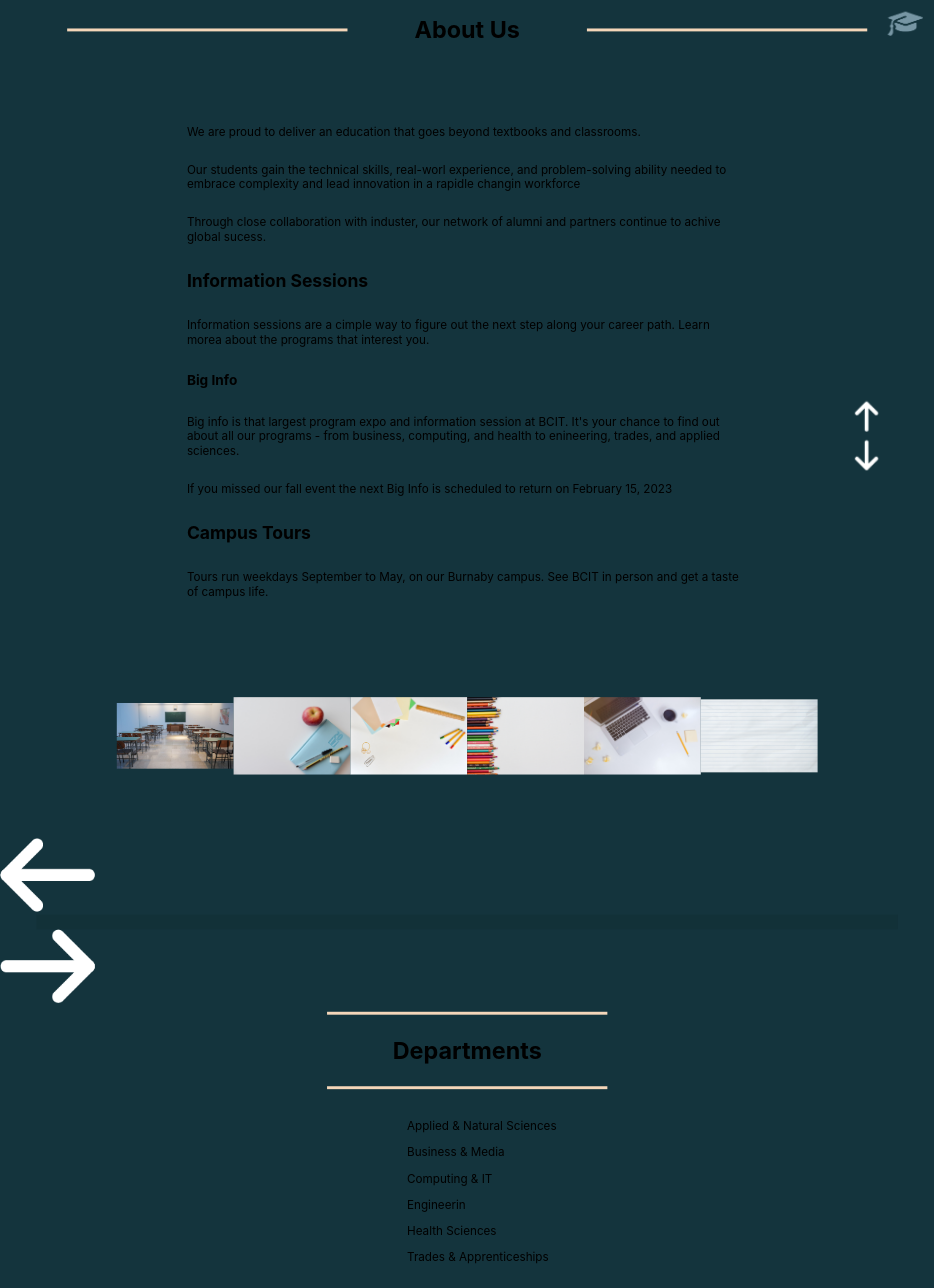
Repository: SaraShio/A01314209_Sara_Shiojima
Page: /about
These files come from the project's save history. The page is drawn as it stood at one moment and after the next save; the edit follows.
The browser window is 1280 px wide. The pictures show the whole page, at 73% of full size.
The project was rebuilt for these pictures with package versions that can differ from the ones it lists, and the page was loaded fresh each time. The framework's server and built-in components were replaced by stand-ins that run in the browser. Also part of the build but not shown: next.config.js.

Above is the page before, as saved 2023-02-08 22:35:21.

### pages/_app.js
import '../styles/globals.css'
import '../styles/variables.css'


function MyApp({ Component, pageProps }) {
  return <Component {...pageProps} />
}

export default MyApp

### pages/about.js
import Head from 'next/head'
import Image from 'next/image'
import styles from '../styles/About.module.css'
import Link from 'next/link'
import Arrow from '../components/Arrow'
import Navbar from '../components/Navbar'

export default function About() {
    return (
        <>
            <head>
                <title>About Us</title>
                <meta name="author" content="MDIA 2109" />
                <meta property="og:title" content="Assignment #1 - About Us Page" />
                <meta property="og:description" content="BCIT Digital Design and Development Diploma" />
                <link rel="icon" href='/favicon.png' />
            </head>

            <main className={styles.main}>
                <Navbar/>
                <header>
                    <div className={styles.header}>
                        <hr className={styles.line}></hr>
                        <h1>About Us</h1>
                        <hr className={styles.line}></hr>
                    </div>
                </header>
                <div className={styles.information}>
                    <div><p>We are proud to deliver an education that goes beyond textbooks and classrooms.</p></div>
                    <div><p>Our students gain the technical skills, real-worl experience, and problem-solving ability needed to embrace complexity and lead innovation in a rapidle changin workforce</p></div>
                    <div><p>Through close collaboration with induster, our network of alumni and partners continue to achive global sucess. </p></div>

                    <div><h2  >Information Sessions</h2></div>
                    <div><p>Information sessions are a cimple way to figure out the next step along your career path. Learn morea about the programs that interest you.</p></div>
                    <div><h3  >Big Info</h3></div>
                    <div><p>Big info is that largest program expo and information session at BCIT. It's  your chance to find out about all our programs - from business, computing, and health to enineering, trades, and applied sciences.</p></div>
                    <div><p  >If you missed our fall event the next Big Info is scheduled to return on February 15, 2023</p></div>
                    <div><h2  >Campus Tours</h2></div>

                    <div><p>Tours run weekdays September to May, on our Burnaby campus. See BCIT in person and get a taste of campus life.</p></div>
                </div>

                <div id="carouselImage" className={styles.carouselImage}>
                    <img className={styles.carousel} src={"carousel-images/0.jpg"} />
                    <img className={styles.carousel} src={"carousel-images/1.jpg"} />
                    <img className={styles.carousel} src={"carousel-images/2.jpg"} />
                    <img className={styles.carousel} src={"carousel-images/3.jpg"} />
                    <img className={styles.carousel} src={"carousel-images/4.jpg"} />
                    <img className={styles.carousel} src={"carousel-images/5.jpg"} />
                </div>

                <div>
                    <img src={'icons/leftArrow.png'} />
                    <div id="testOnImageHere" className={styles.testOnImageHere}></div>
                    <img src={'icons/rightArrow.png'} />
                </div>


                <div className={styles.departments}>
                        <hr className={styles.line}></hr>
                        <h1>Departments</h1>
                        <hr className={styles.line}></hr>

                    <ul className={styles.departmentName}>
                        <li>Applied & Natural Sciences</li>
                        <li>Business & Media</li>
                        <li>Computing & IT</li>
                        <li>Engineerin</li>
                        <li>Health Sciences</li>
                        <li>Trades & Apprenticeships</li>
                    </ul>
                    </div>
                <Arrow page="About" />

            </main>
        </>
    )
}

### styles/variables.css
:root{
    --primary-color: #fff;
    --beige: #f4d6b9;
    --ternary-color: #7796A4;
    --teal: #14343d;
    --quinary-color: rgba(16,46,53,0.5);
    }

### styles/About.module.css
.main{
    background-color: var(--teal);
}

.carouselImage{
    height: 200px;
    background-repeat: no-repeat;
    background-size: cover;
    display: flex;
    justify-content: center;
    align-items: center;
    margin: 40px 0px;
}

.carousel{
width: 10rem;
}

.testOnImageHere{
    background-color: rgba(16, 46, 53, 0.5);
    padding: 10px;
    margin: 0px 50px;
}

.header{
display: flex;
justify-content: center;
align-items: center;
}

.line{
    width: 30%;
    height: 0.25rem;
    background-color: var(--beige);
    border: none;
}

.information{
    margin: 10vh 20vw;
    display: flex;
    justify-content: center;
    flex-direction: column;
}


.departments{
    display: flex;
    flex-direction: column;
    align-items: center;
    justify-content: center;
}

.departmentName>li{
    list-style: none;
    margin: 1rem;
}


.departments>hr>h1{
    display: flex;
    flex-direction: row;
}

### components/Arrow/index.js
import styles from './Arrow.module.css'

export default function Arrow({
    page = "home",
}) {
    return (

        page.toLowerCase() === "home" ?
            <div className={styles.arrow}><a><span><img src={'icons/downwardArrow.png'} /></span></a>
            </div> :
            page.toLowerCase() === "about" ?
                <div className={styles.arrow}><a><span><img src={'icons/upwardArrow.png'} /></span></a>
                    <a><span><img src={'icons/downwardArrow.png'} /></span></a>
                </div> :
                page.toLowerCase() === "contact" ?
                    <div className={styles.arrow}><a href="/about"><span><img src={'icons/upwardArrow.png'} /></span></a>
                    </div> :
                    <div className={styles.arrow}><a href="/"><span><img src={'icons/downwardArrow.png'} /></span></a>
                    </div>
    )
}

### components/Navbar/index.js
import styles from './Navbar.module.css'


export default function Navbar() {

    return (
        <>
            <nav className={styles.navbar}>
                <img className={styles.nav_icon} src={'icons/graduation-hat.png'}></img>
            </nav>
        </>
    )
}

### components/Arrow/Arrow.module.css
.arrow{
    bottom:10vh;
    right: 6vw;
    display: flex;
    flex-direction: column;
    position: fixed;
    gap: 0.5rem;
}


.arrow > a > span > img{
    width: 2rem;
}

### components/Navbar/Navbar.module.css
.navbar{
    display: flex;
    position: relative;
}

.nav_icon{
    width: 3rem;
    top: 1rem;
    right: 1rem;
    position: absolute;
}

Loaded but not shown: styles/globals.css (common file)

After the next save:
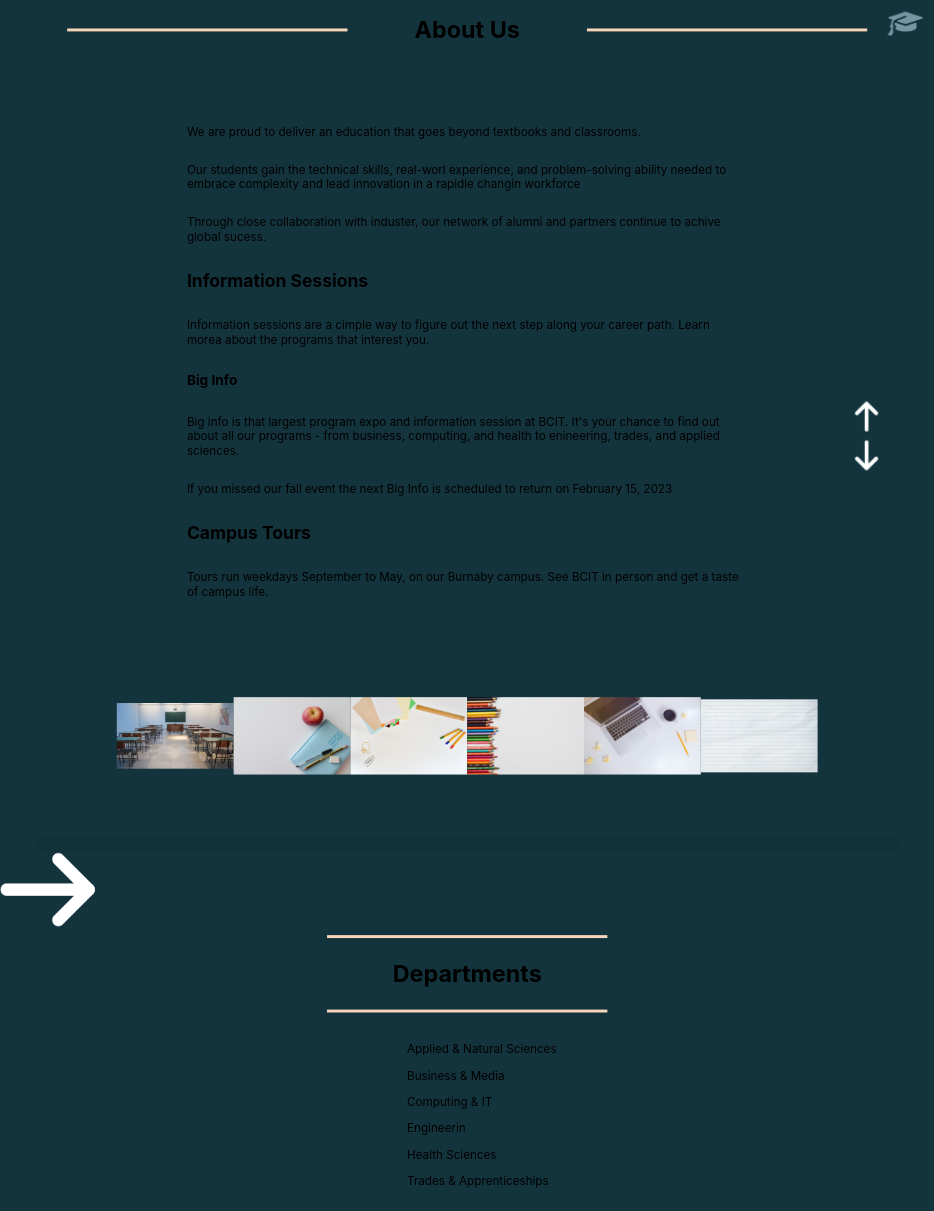
Saved 35 s later.
--- a/pages/about.js
+++ b/pages/about.js
@@ -50,7 +50,6 @@
                 </div>
 
                 <div>
-                    <img src={'icons/leftArrow.png'} />
                     <div id="testOnImageHere" className={styles.testOnImageHere}></div>
                     <img src={'icons/rightArrow.png'} />
                 </div>
